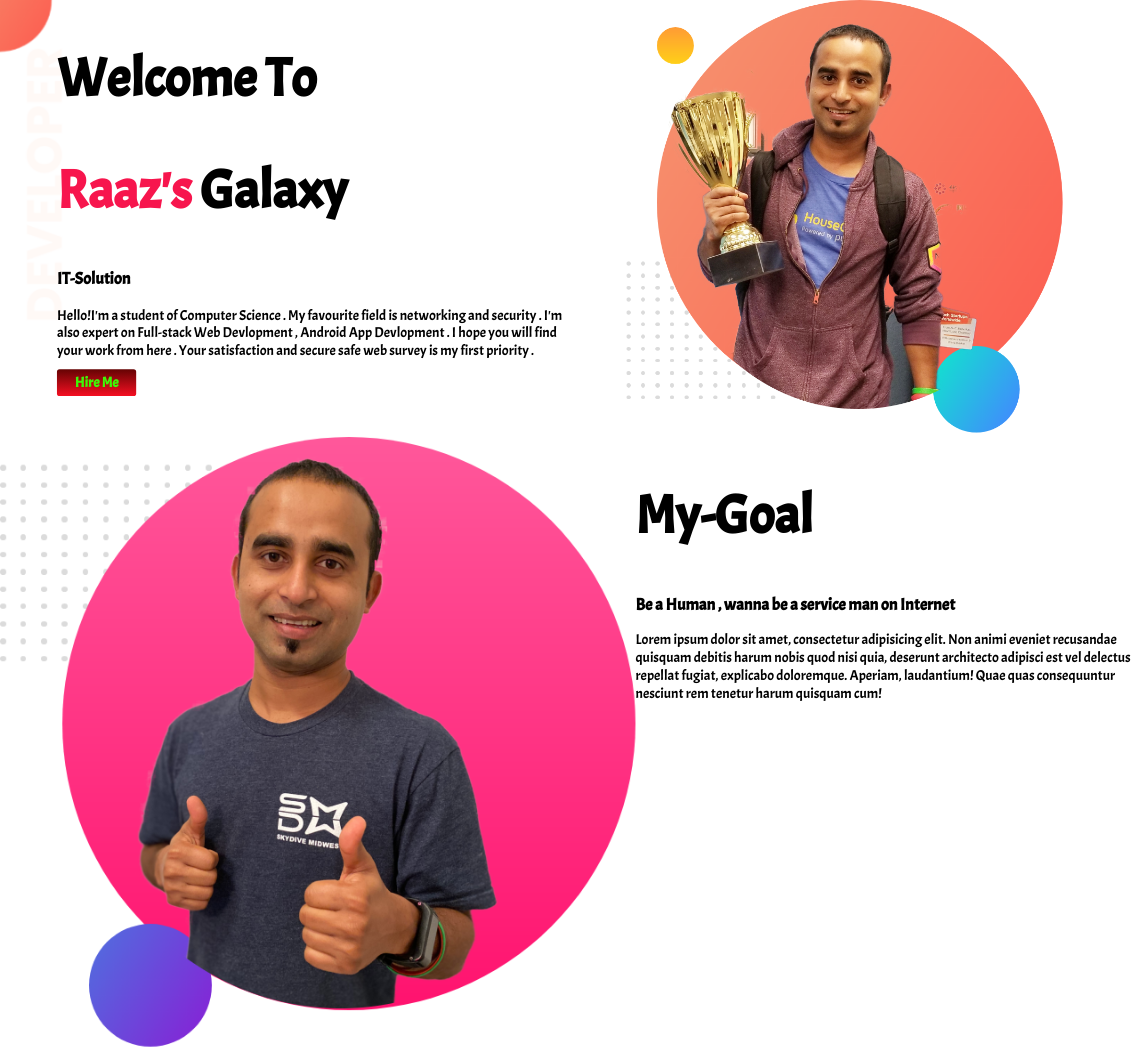
Repository: ramizraaz/my-portfolio
Page: about.html
An editor plug-in stored every save of this project. The page is shown before and after the next save, followed by the edit.
The browser window is 1280 px wide. The pictures show the whole page, at 89% of full size.

Above is the page before, as saved 2022-01-13 19:11:24.

After the next save:
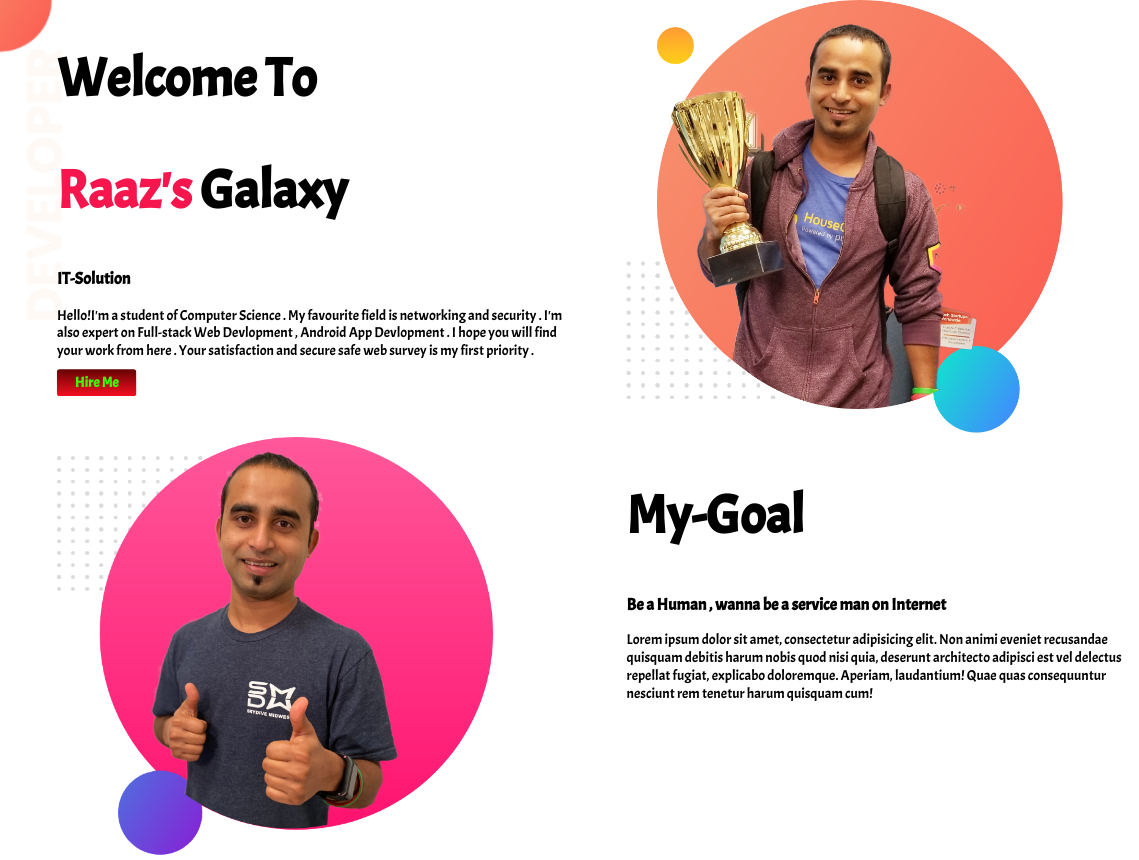
Saved 86 s later.
--- a/about.html
+++ b/about.html
@@ -27,10 +27,10 @@
         </div>
     </section>
     <section class="middle">
-        <div>
+        <div class="content">
             <img src="images/jhankar2.png" alt="Personal Profile">
         </div>
-        <div>
+        <div class="content">
             <h1>My-Goal</h1>
             <h3>Be a Human , wanna be a service man on Internet</h3>
             <p>Lorem ipsum dolor sit amet, consectetur adipisicing elit. Non animi eveniet recusandae quisquam debitis harum nobis quod nisi quia, deserunt architecto adipisci est vel delectus repellat fugiat, explicabo doloremque. Aperiam, laudantium! Quae
